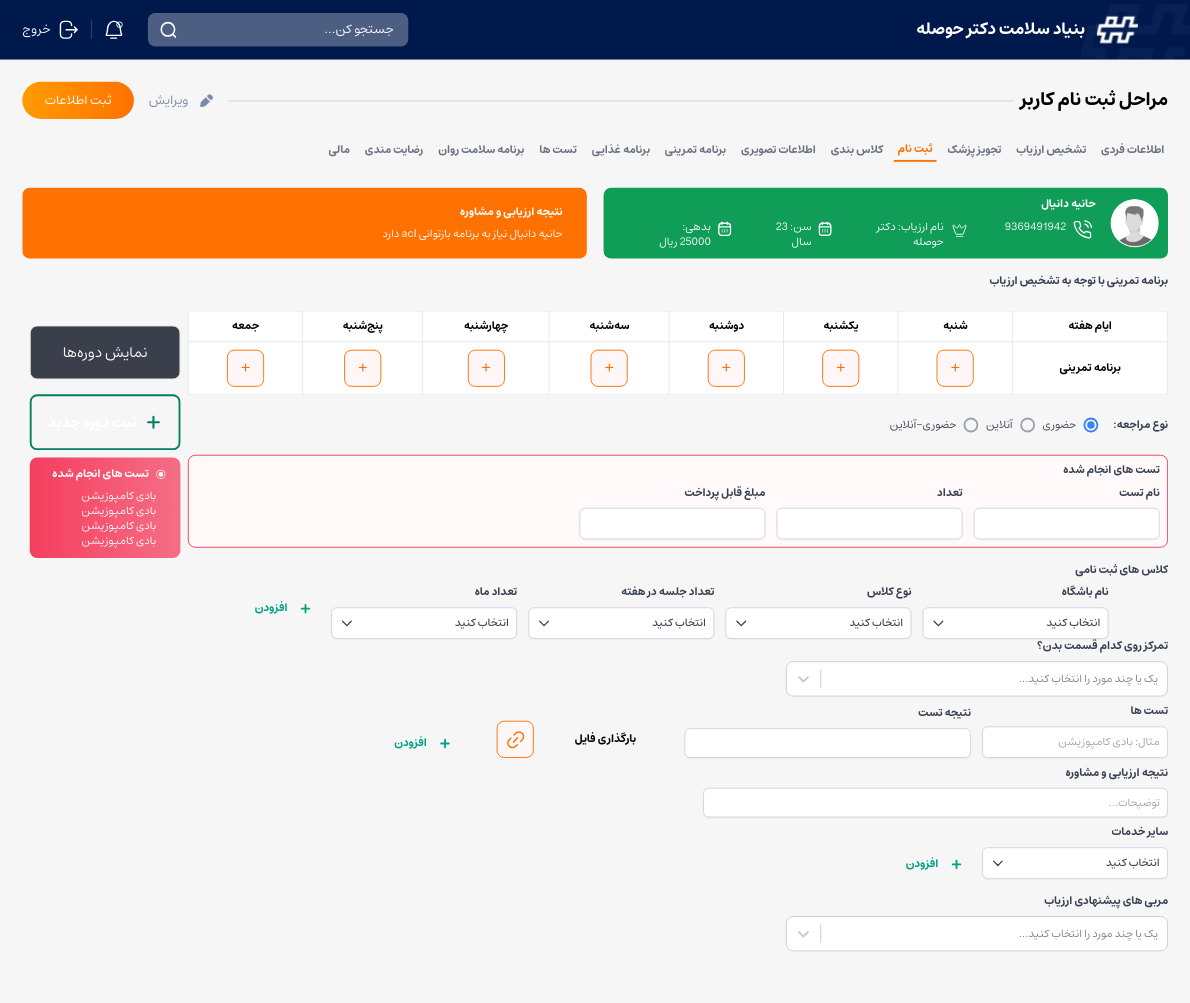
Repository: mirnajafi/ERP_hoseleh_V1.0
Page: /register, after clicking the first element matching `div.flex > :nth-child(4)`
An editor plug-in stored every save of this project. The page is shown before and after a run of saves, followed by the edit.
The browser window is 1280 px wide. The pictures show the whole page, at 93% of full size.
Some web fonts or font styles are not loaded; a fallback is used. The project was rebuilt for these pictures with package versions that can differ from the ones it lists, and the page was loaded fresh each time. The framework's server and built-in components were replaced by stand-ins that run in the browser. Also part of the build but not shown: next.config.mjs, src/components/icons/trash.tsx, src/components/weekTable/weekTable.css, src/components/icons/copy.tsx, src/components/recognitionEvaluator/recognitionEvaluator.tsx.

Above is the page before, as saved 2025-02-28 23:56:51.

### src/app/layout.tsx
/* eslint-disable @next/next/no-img-element */
import type { Metadata } from "next";
import Header from "@/components/layout/Header";
import "@/app/globals.css";


export const metadata: Metadata = {
  title: "دکتر حوصله",
  description: "بنیاد سلامت دکتر حوصله",
};

export default function RootLayout({ children }: { children: React.ReactNode }) {
  return (
    <html lang="fa" dir="rtl">
      <body className="bg-dashboard-bg min-h-screen">
        {/* Header includes SidebarToggle, so no need to add Sidebar separately */}
        <Header />
        {/* Main Content Area */}
        <main className="transition-all duration-300 mt-16 p-6">
          {children}
        </main>

      </body>
    </html>
  );
}

### src/app/globals.css
@tailwind base;
@tailwind components;
@tailwind utilities;

@font-face {
  font-family: 'Estedad';
  src: url('/fonts/Estedad-Regular.woff2') format('woff2');
  font-weight: normal;
  font-style: normal;
  font-display: swap;
}

@font-face {
  font-family: 'Estedad';
  src: url('/fonts/Estedad-Bold.woff2') format('woff2');
  font-weight: bold;
  font-style: normal;
  font-display: swap;
}

@font-face {
  font-family: 'Estedad';
  src: url('/fonts/Estedad-Medium.woff2') format('woff2');
  font-weight: 500;
  font-style: normal;
  font-display: swap;
}

@font-face {
  font-family: 'Estedad';
  src: url('/fonts/Light.woff2') format('woff2');
  font-weight: 400;
  font-style: normal;
  font-display: swap;
}

@layer base {
  html {
    font-family: 'Estedad'
  }
}

### src/components/formTab/formTab.tsx
import { useState } from "react";

interface Tab {
  label: string;
  content: React.ReactNode;
}

interface TabsProps {
  tabs: Tab[];
  defaultIndex?: number;
}

const Tabs: React.FC<TabsProps> = ({ tabs, defaultIndex = 0 }) => {
  const [activeIndex, setActiveIndex] = useState(defaultIndex);

  return (
    <div className="w-full overflow-hidden">
      <div className="flex py-3 overflow-x-auto whitespace-nowrap">
        {tabs.map((tab, index) => (
          <button
            key={index}
            className={`ml-2 p-1 text-nowrap text-xs font-bold text-sm focus:outline-none ${activeIndex === index
                ? "border-b-2 border-[#FF7101] text-[#FF7101]"
                : "text-gray-500 hover:text-[#FF7101]"
              }`}
            onClick={() => setActiveIndex(index)}
          >
            {tab.label}
          </button>
        ))}
      </div>

      <div className="py-4">{tabs[activeIndex].content}</div>
    </div>
  );
};

export default Tabs;

### src/components/registration/registration.tsx
import Select from "react-select/base";
import WeekTable from "../weekTable/weekTable";
import TransparentBtn from "../transparentBtn/transparentBtn";
import Dropdown from "../dropdown/dropdown";
import InputDescription from "../inputDescription/inputDescription";
import FileUploader from "../fileUploader/fileUploader";
import Input from "../input/input";
import InformationUserBox from "../informationUserBox/informationUserBox";
import { useState } from "react";
import ResultBox from "../resultBox/resultBox";
import PlusIcon from "../icons/plus";
import LeftSideBox from "../leftSideBox/leftSideBox";
import RadioButton from "../radioBtn/radioBtn";

const Registration = () => {

    const [selectedOptions, setSelectedOptions] = useState([]);


    const handleSelect = (option: string) => {
        console.log("انتخاب شده:", option);
    };
    const handleFileUpload = (files: File[]) => {
        console.log("فایل‌های آپلود شده:", files);
    };

    const [selected, setSelected] = useState<string>("option1");


    const [selectedDay, setSelectedDay] = useState<string>("");

    const handleDaySelect = (day: string) => {
        setSelectedDay(day);
    };

    return (
        <div>
            <div className="w-full flex flex-row">
                <InformationUserBox name="حانیه دانیال" age="23" phoneNumber={'9369491942'} evaluator="دکتر حوصله" debt="25000" imageSrc="/images/defaultUser.png" className="w-1/2 lg:ml-2" />
                <ResultBox resultText={"حانیه دانیال نیاز به برنامه بازتوانی acl دارد"} className="w-1/2 lg:mr-2" />
            </div>



            <div className="flex flex-row  my-4 items-center">
                <label className="mb-2 text-xs font-bold text-gray-700 ml-2">برنامه تمرینی با توجه به تشخیص ارزیاب</label>

            </div>

            <div className="w-full flex flex-row">

                <div className="w-full flex flex-col">
                    <WeekTable
                        apiUrl="https://api.majidvalizadeh.com/jalali/next7"
                        selectedDay={selectedDay}
                        onDaySelect={handleDaySelect}
                    />
                    <div className="flex flex-row my-4">
                        <label className="my-2 text-xs font-bold text-gray-700 ml-4">نوع مراجعه:</label>
                        <RadioButton
                            label="حضوری"
                            name="options"
                            value="option1"
                            checked={selected === "option1"}
                            onChange={setSelected}
                        />
                        <RadioButton
                            label="آنلاین"
                            name="options"
                            value="option2"
                            checked={selected === "option2"}
                            onChange={setSelected}
                        />
                        <RadioButton
                            label="حضوری-آنلاین"
                            name="options"
                            value="option3"
                            checked={selected === "option3"}
                            onChange={setSelected}
                        />
                    </div>


                    <div className="w-full xl:py-2 my-0  flex flex-col  border border-[#F53E5E] rounded-[8px] p-[8px] bg-[#FFF9FA]">
                        <label className="text-xs font-bold text-gray-700 ml-4">تست های انجام شده</label>

                        <div className="flex flex-row">
                            <Input
                                label="نام تست"
                                type="text"
                                value={''}
                                onChange={() => { }}
                                placeholder=""
                            />
                            <Input
                                label="تعداد "
                                type="text"
                                value={''}
                                onChange={() => { }}
                                placeholder=""
                            />

                            <Input
                                label="مبلغ قابل پرداخت"
                                type="text"
                                value={''}
                                onChange={() => { }}
                                placeholder=""
                            />
                        </div>
                    </div>

                    <div className="flex flex-col  w-full xl:items-start xl:justify-right ">
                        <label className="text-xs font-bold text-gray-700 ml-4 mt-4">کلاس های ثبت نامی</label>
                        <div className="w-full flex flex-row items-end justify-center">
                            <Dropdown
                                label=" نام باشگاه"
                                options={["گزینه 1", "گزینه 2", "گزینه 3"]}
                                onSelect={handleSelect}
                            />
                            <Dropdown
                                label="نوع کلاس"
                                options={["گزینه 1", "گزینه 2", "گزینه 3"]}
                                onSelect={handleSelect}
                            />
                            <Dropdown
                                label="تعداد جلسه در هفته"
                                options={["گزینه 1", "گزینه 2", "گزینه 3"]}
                                onSelect={handleSelect}
                            />
                            <Dropdown
                                label="تعداد ماه"
                                options={["گزینه 1", "گزینه 2", "گزینه 3"]}
                                onSelect={handleSelect}
                            />
                            <TransparentBtn label='افزودن' />
                        </div>
                    </div>
                </div>

                <div className="w-1/6 p-2 flex flex-col">
                    <button className="bg-[#3B3E4B] text-white p-4 w-full border rounded-[8px] my-2">نمایش دوره‌ها</button>
                    <button className="bg-transparent text-[#007F63] text-white p-4 w-full border-2 border-[#007F63] rounded-[8px] flex items-center justify-center font-bold my-2"><PlusIcon width={20} height={20} /> ثبت دوره جدید</button>
                    <LeftSideBox title={"تست های انجام شده"} test1={"بادی کامپوزیشن"} />
                </div>
            </div>


            <div className="flex flex-col  w-ful xl:w-1/3">
                <label className="mb-2 text-xs font-bold text-gray-700">تمرکز روی کدام قسمت بدن؟</label>
                <Select
                    isMulti
                    options={[
                        { value: "apple", label: "سیب" },
                        { value: "banana", label: "موز" },
                        { value: "orange", label: "پرتقال" },
                        { value: "grape", label: "انگور" },
                        { value: "watermelon", label: "هندوانه" },
                    ]}
                    value={selectedOptions}
                    onChange={setSelectedOptions}
                    placeholder="یک یا چند مورد را انتخاب کنید..."
                    noOptionsMessage={() => "موردی یافت نشد"}
                    isClearable
                    isSearchable
                    className="text-xs "
                    styles={{
                        control: (base) => ({
                            ...base,
                            borderRadius: "8px",
                            borderColor: "#ccc",
                            boxShadow: "none",
                            "&:hover": { borderColor: "#888" },
                        }),
                    }}
                />
            </div>
            <div className="flex flex-col xl:flex-row w-full xl:items-end xl:justify-right ">
                <Input
                    label="تست ها"
                    type="text"
                    value={''}
                    onChange={() => { }}
                    placeholder="مثال: بادی کامپوزیشن "
                />
                <InputDescription
                    label="نتیجه تست"
                    value={''}
                    placeholder=""
                    className="xl:w-1/4 max-w-[500px]"
                />

                <FileUploader onFileUpload={handleFileUpload} accept="image/*" multiple />
                <TransparentBtn label='افزودن' />
            </div>
            <div className="flex flex-col xl:flex-row w-full xl:items-end xl:justify-right ">

                <InputDescription
                    label="نتیجه ارزیابی و مشاوره"
                    value={''}
                    placeholder="توضیحات..."
                    className="xl:w-1/2 max-w-[500px]"
                    height="h-24"
                />

            </div>


            <div className="flex flex-col xl:flex-row w-full xl:items-end xl:justify-right ">
                <Dropdown
                    label="سایر خدمات"
                    options={["گزینه 1", "گزینه 2", "گزینه 3"]}
                    onSelect={handleSelect}
                />
                <TransparentBtn label='افزودن' />

            </div>
            <div className="flex flex-col  w-ful xl:w-1/3 my-4">
                <label className="mb-2 text-xs font-bold text-gray-700">مربی های پیشنهادی ارزیاب</label>
                <Select
                    isMulti
                    options={[
                        { value: "apple", label: "سیب" },
                        { value: "banana", label: "موز" },
                        { value: "orange", label: "پرتقال" },
                        { value: "grape", label: "انگور" },
                        { value: "watermelon", label: "هندوانه" },
                    ]}
                    value={selectedOptions}
                    onChange={setSelectedOptions}
                    placeholder="یک یا چند مورد را انتخاب کنید..."
                    noOptionsMessage={() => "موردی یافت نشد"}
                    isClearable
                    isSearchable
                    className="text-xs "
                    styles={{
                        control: (base) => ({
                            ...base,
                            borderRadius: "8px",
                            borderColor: "#ccc",
                            boxShadow: "none",
                            "&:hover": { borderColor: "#888" },
                        }),
                    }}
                />
            </div>


        </div>
    )

}
export default Registration;

### src/components/SearchInput/SearchInput.tsx
/* eslint-disable @next/next/no-img-element */
"use client";

interface SearchInputProps {
  placeholder?: string;
  className?: string;
}

export default function SearchInput({ placeholder = "جستجو کن...", className = "" }: SearchInputProps) {
  return (
    <div className="relative w-[280px]">
      <input
        type="text"
        placeholder={placeholder}
        className={`w-full h-9 bg-white bg-opacity-30 rounded-lg px-4 text-white placeholder:text-white text-sm focus:outline-none ${className}`}
      />
      <img
        src="/icons/left-icon.svg"
        alt="search"
        className="absolute left-2 top-1/2 -translate-y-1/2 w-7 h-7 brightness-0 invert"
      />
    </div>
  );
}

### src/components/formHeader/formHeader.css
.customeGradient{
    background: linear-gradient(270deg, #FF7101 0%, #FF9C00 100%);
    color: white;
    border-radius: 50px;
    padding:  10px 24px;
}

### src/components/transparentBtn/transparentBtn.tsx
'use client'; // اضافه کردن این خط برای فعال کردن کامپوننت در Client-side

import React from "react";

interface BtnProps {
    label: string;
}

const TransparentBtn: React.FC<BtnProps> = ({ label }) => {

    return (
        <div className="w-250px text-[#01A384] h-full flex xl:items-center xl:justify-center">
            <button className="flex flex-row p-2  h-full flex items-center justify-center font-bold text-xs
">
                <svg width="15" height="15" viewBox="0 0 14 15" fill="none" xmlns="http://www.w3.org/2000/svg" className="ml-3">
                    <path d="M7 3.41666V11.5833" stroke="#01A384" stroke-width="2" stroke-linecap="round" stroke-linejoin="round" />
                    <path d="M2.91602 7.5H11.0827" stroke="#01A384" stroke-width="2" stroke-linecap="round" stroke-linejoin="round" />
                </svg>
                {label}
            </button>
        </div>
    );
};

export default TransparentBtn;

### src/components/inputDescription/inputDescription.tsx
'use client';  // اضافه کردن این خط برای فعال کردن کامپوننت در Client-side

import React from "react";

interface InputProps {
  label: string;
  value: string;
  placeholder?: string;
  required?: boolean;
  className?: string;
  height?:string;
}

const InputDescription: React.FC<InputProps> = ({
  label,
  value,
  placeholder,
  required = false,
  className = "",
  height
}) => {
  return (
    <div className={`w-full xl:w-1/2 ml-3 max-w-[500px] ${className}`}>
      <label className="block text-xs text-gray-700 mb-2 mt-4 xl:my-2 font-bold font-bold">{label}</label>

      <textarea
        value={value}
        placeholder={placeholder}
        required={required}
        className={`block w-full h-8 ${height} p-2 resize-none max-w-200 overflow-hidden text-xs border border-gray-300 rounded-md shadow-sm focus:outline-none focus:ring-2 focus:ring-indigo-500 focus:border-indigo-500`}
      />
    </div>
  );
};

export default InputDescription;

### src/components/resultBox/resultBox.tsx
'use client';

import React from "react";
import './resultBox.css';


interface ResultBoxProps {
    resultText: string;
    className?: string;
}

const ResultBox: React.FC<ResultBoxProps> = ({
    resultText,
    className
}) => {
    return (
        <div className={`w-full flex flex-col lg:flex-row containResultBox text-xs ${className}`}>
            <div className="flex flex-col mr-4">
                <div className="font-bold">نتیجه ارزیابی و مشاوره</div>
                <div className="flex flex-col justify-center items-start lg:flex-row mt-2">
                    <span className="ml-10 flex flex-row-reverse">{resultText}</span>
                </div>
            </div>
        </div>
    );
};

export default ResultBox;

### src/components/icons/plus.tsx
'use client';

import React from "react";

interface IconProps {
    width?: number;
    height?: number;
    color?: string;
}

const PlusIcon: React.FC<IconProps> = ({ width, height }) => {
    return (
        <svg width={width} height={height} viewBox="0 0 36 36" fill="none" className="ml-2" xmlns="http://www.w3.org/2000/svg">
        <path d="M18 7.5V28.5" stroke="#007F63" stroke-width="4" stroke-linecap="round" stroke-linejoin="round"/>
        <path d="M7.5 18H28.5" stroke="#007F63" stroke-width="4" stroke-linecap="round" stroke-linejoin="round"/>
        </svg>


    );
};

export default PlusIcon;

### src/components/radioBtn/radioBtn.tsx
import React from "react";

interface RadioButtonProps {
  label: string;
  name: string;
  value: string;
  checked: boolean;
  onChange: (value: string) => void;
}

const RadioButton: React.FC<RadioButtonProps> = ({ label, name, value, checked, onChange }) => {
  return (
    <label className="flex items-center space-x-2 cursor-pointer text-xs">
      <input
        type="radio"
        name={name}
        value={value}
        checked={checked}
        onChange={() => onChange(value)}
        className="hidden"
      />
      <div
        className={`w-4 h-4 rounded-full border-2 ${
          checked ? "border-blue-500" : "border-gray-400"
        } flex items-center justify-center transition-all`}
      >
        {checked && <div className="w-2 h-2 bg-blue-500 rounded-full" />}
      </div>
      <span className="text-gray-700">{label}</span>
    </label>
  );
};

export default RadioButton;

### src/components/icons/uploader.tsx
'use client';

import React from "react";

interface IconProps {
    width?: number;
    height?: number;
    color?: string;
}

const UploaderIcon: React.FC<IconProps> = ({ width, height }) => {
    return (<svg width={width} height={height} viewBox="0 0 24 24" fill="none" xmlns="http://www.w3.org/2000/svg">
        <path d="M14.1211 9.87866L9.87845 14.1213" stroke="#FF7101" stroke-width="1.5" stroke-linecap="round" />
        <path d="M10.334 7.00003L12.0006 5.33336C13.8416 3.49239 16.8264 3.49239 18.6673 5.33335V5.33335C20.5083 7.17431 20.5083 10.1591 18.6673 12.0001L17.0007 13.6667" stroke="#FF7101" stroke-width="1.5" stroke-linecap="round" />
        <path d="M13.666 17L11.9994 18.6666C10.1584 20.5076 7.17362 20.5076 5.33266 18.6666V18.6666C3.4917 16.8257 3.4917 13.8409 5.33266 11.9999L6.99934 10.3333" stroke="#FF7101" stroke-width="1.5" stroke-linecap="round" />
    </svg>
    );
};

export default UploaderIcon;

### src/components/informationUserBox/informationUserBox.css
.containInfoBox {
  background: #0f9d58;
  color: white;
  justify-content: right;
  align-items: center;
  padding: 10px;
  border-radius: 8px;
}
.imageUser {
  border-radius: 100%;
}

### src/components/resultBox/resultBox.css
.containResultBox {
  background: #FF7101;
  color: white;
  justify-content: right;
  align-items: center;
  padding: 10px;
  border-radius: 8px;
  margin-right: 10px;
}

### src/components/leftSideBox/leftSideBox.css
.containLeftSideBox {
  background: linear-gradient(270deg, #F56E86 0%, #F53E5E 100%);
  color: white;
  justify-content: right;
  align-items: center;
  padding: 10px;
  border-radius: 8px;
}
.special-margin{
  margin-right: -10px;
}

### src/components/icons/circle.tsx

'use client';

import React from "react";

interface IconProps {
    width?: number;
    height?: number;
    color?: string;
}

const CircleIcon: React.FC<IconProps> = ({ width = 21, height = 22 }) => {
    return (
        <svg width={width} height={height} viewBox="0 0 12 12" className="ml-2" fill="none" xmlns="http://www.w3.org/2000/svg">
            <rect width="12" height="12" rx="6" fill="white" />
            <rect x="2" y="2" width="8" height="8" rx="4" fill="white" />
            <rect x="2" y="2" width="8" height="8" rx="4" stroke="#F56B84" stroke-width="2" />
        </svg>

    );
};

export default CircleIcon;

### tailwind.config.ts
import type { Config } from "tailwindcss";

const config: Config = {
  content: [
    "./src/pages/**/*.{js,ts,jsx,tsx,mdx}",
    "./src/components/**/*.{js,ts,jsx,tsx,mdx}",
    "./src/containers/**/*.{js,ts,jsx,tsx,mdx}",
    "./src/app/**/*.{js,ts,jsx,tsx,mdx}",
  ],
  theme: {
    extend: {
      colors: {
        "deep-blue": "#1E3A8A",
        "green": "#8BC34A",
        "orange": "#F97316",
        "red": "#E02D40",
        "yellow": "#FBBF24",
        background: "var(--background)",
        foreground: "var(--foreground)",
        secondry: {
          blue: {
            900: "#00194D",
          },
        },
        primery: {
          600: "#FF7101"
        },
        dashboard: {
          bg: "#F6F6F6"
        }
      },
    },
  },
  plugins: [],
};
export default config;

Loaded but not shown: src/components/personalInfo/personalInfo.tsx (302 lines, source omitted); src/components/weekTable/weekTable.tsx (87 lines, source omitted); src/components/dropdown/dropdown.tsx (69 lines, source omitted); src/components/icons/evaluator.tsx (26 lines, source omitted); src/components/inputDate/inputDate.tsx (67 lines, source omitted); src/components/informationUserBox/informationUserBox.tsx (61 lines, source omitted); src/components/icons/calendar.tsx (35 lines, source omitted); src/components/icons/phoneNumber.tsx (20 lines, source omitted); src/components/formHeader/formHeader.tsx (32 lines, source omitted); src/components/fileUploader/fileUploader.tsx (54 lines, source omitted); src/components/layout/Header.tsx (44 lines, source omitted); src/app/register/page.tsx (48 lines, source omitted); src/components/leftSideBox/leftSideBox.tsx (35 lines, source omitted); src/components/input/input.tsx (40 lines, source omitted)

After the next 2 saves:
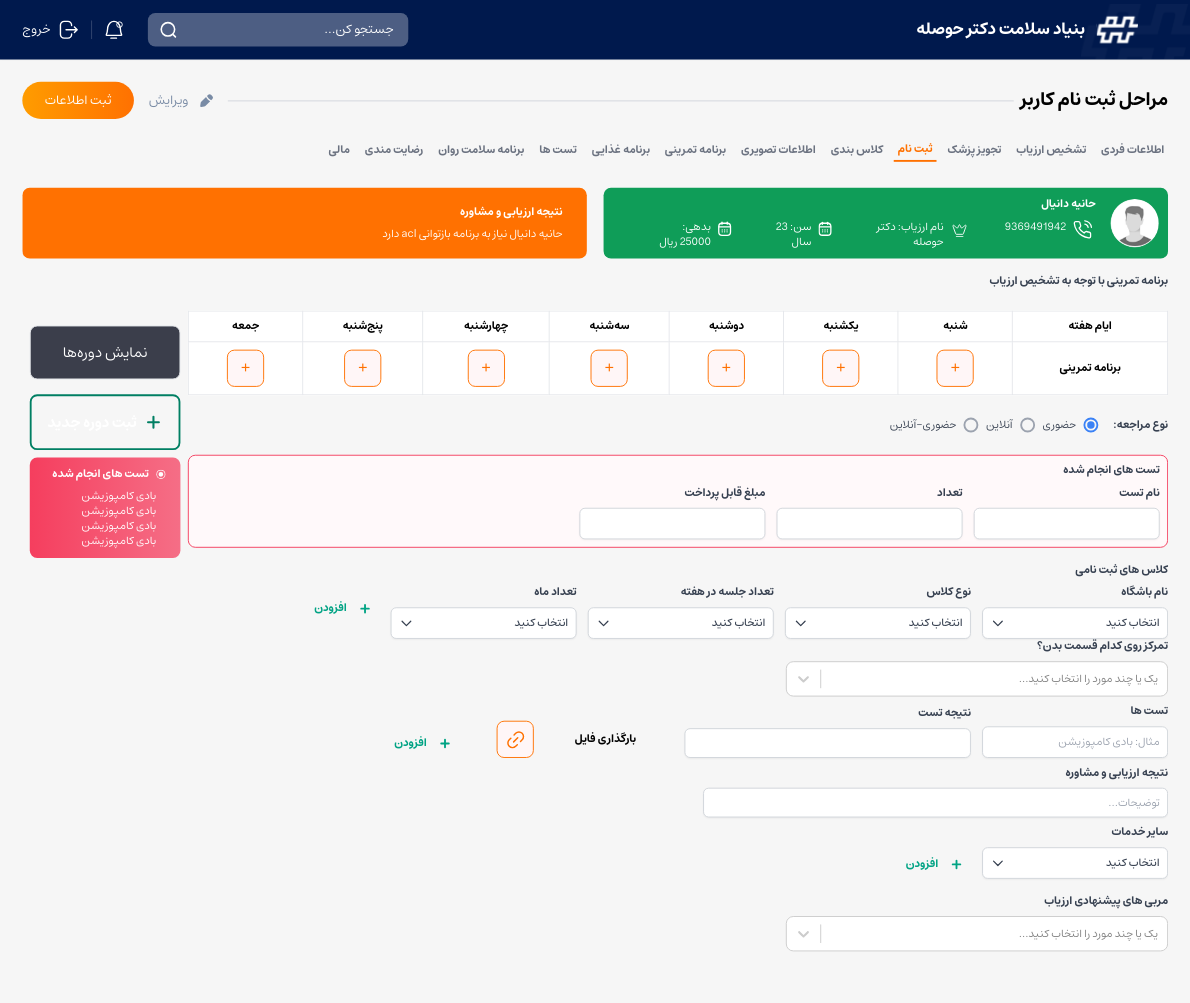
The 2 saves are shown as one change because they came seconds apart.
The last was saved 11 s later.
--- a/src/components/registration/registration.tsx
+++ b/src/components/registration/registration.tsx
@@ -112,7 +112,7 @@ const Registration = () => {
 
                     <div className="flex flex-col  w-full xl:items-start xl:justify-right ">
                         <label className="text-xs font-bold text-gray-700 ml-4 mt-4">کلاس های ثبت نامی</label>
-                        <div className="w-full flex flex-row items-end justify-center">
+                        <div className="w-full flex flex-row items-start">
                             <Dropdown
                                 label=" نام باشگاه"
                                 options={["گزینه 1", "گزینه 2", "گزینه 3"]}
